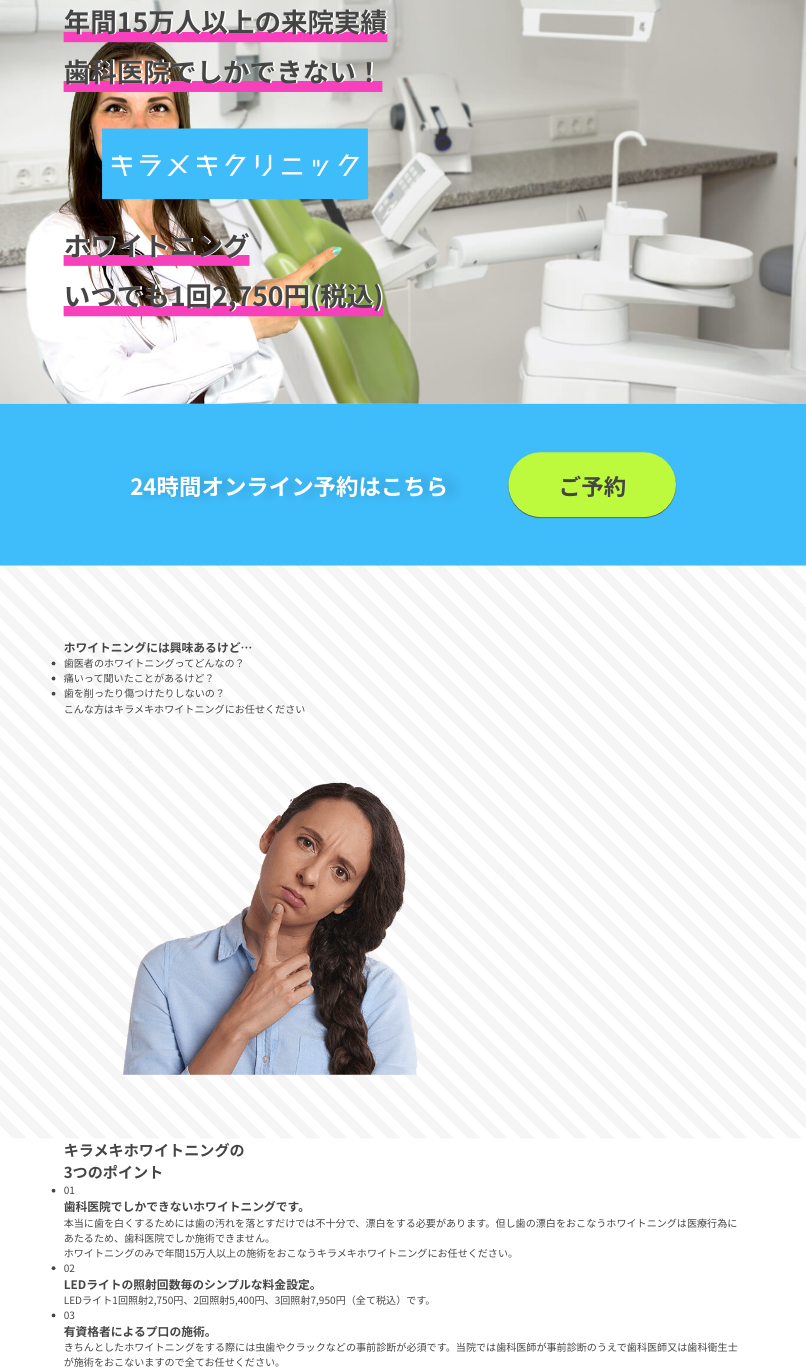
Repository: ryu-nuno/tech_academy_subwork
Page: first/index.html
The author's editor kept a record of every edit. The page is drawn from the files as they stood at one moment, then again after the next edit.
The browser window is 1280 px wide. The pictures show the whole page, at 63% of full size.
Some web libraries are served in a nearby version.

Above is the page before.

### first/index.html
<!DOCTYPE html>
<html lang="ja">

  <head>
    <title>first</title>
  <meta charset="utf-8">
  <meta name="description" content="kirameki clinic">
  <meta name="viewport" content="width=device-width, initial-scale=1">
  <meta property="og:site_name" content="キラメキクリニック｜歯科医院でホワイトニング" />
  <meta property="og:title" content="キラメキクリニック｜歯科医院でホワイトニング">
  <meta property="og:description" content="キラメキクリニックは、年間15万人以上の来院実績がある歯科医院です。有資格者によるプロの施術を1回2,750円〜で手軽にホワイトニングができます。ホワイトニングをしてみたい方はお問い合わせの上ぜひご来院ください！">
  <meta property="og:type" content="article">
  <meta property="og:url" content="https://demo.techacademy.jp/sidejob-selfstudy1/">
  <meta property="og:image" content="https://demo.techacademy.jp/sidejob-selfstudy1/images/main_pc.jpg">
  <meta property="og:locale" content="ja_JP">
  <link rel="stylesheet" href="assets/ress/ress.min.css">
  <link rel="stylesheet" href="css/style.css">
  <script src="https://kit.fontawesome.com/ab2670e4fc.js" crossorigin="anonymous"></script>
  </head>

  <body>
    <header class="container">
    <div class="contents_width">
      <div class="wrapper">
        <h1>
          <span>年間15万人以上の来院実績</span>
          <span>歯科医院でしかできない！</span>
          <img src="img/logo_top.png" alt="キラメキクリニック">
        </h1>
        <p>
          <span>ホワイトニング</span>
          <span>いつでも1回2,750円(税込)</span>
        </p>
      </div>
    </div>
  </header>

  <section class="contact container">
    <div class="contents_width">
      <h3>24時間オンライン予約はこちら</h3>
      <a href="#" class="hoverflash">ご予約</a>
    </div>
  </section>

  <section class="interest bg_stripe container">
    <div class="contents_width">
      <h3>ホワイトニングには興味あるけど…</h3>
      <ul>
        <li>歯医者のホワイトニングってどんなの？</li>
        <li>痛いって聞いたことがあるけど？</li>
        <li>歯を削ったり傷つけたりしないの？</li>
      </ul>
      <p>こんな方はキラメキホワイトニングにお任せください</p>
      <img src="img/thinking_w.png" alt="ホワイトニングの疑問イメージ">
    </div>
  </section>

  <section class="point container">
    <div class="contents_width">
      <h2>キラメキホワイトニング<span class="no-sp">の</span><br class="no-pc">3つのポイント</h2>
      <ul>
        <li class="flex">
          <span>01</span>
          <div>
            <h3>歯科医院でしかできないホワイトニングです。</h3>
            <p>
              本当に歯を白くするためには歯の汚れを落とすだけでは不十分で、漂白をする必要があります。但し歯の漂白をおこなうホワイトニングは医療行為にあたるため、歯科医院でしか施術できません。<br>
              ホワイトニングのみで年間15万人以上の施術をおこなうキラメキホワイトニングにお任せください。
            </p>
          </div>
        </li>
        <li class="flex">
          <span>02</span>
          <div>
            <h3>LEDライトの照射回数毎のシンプルな料金設定。</h3>
            <p>
              LEDライト1回照射2,750円、2回照射5,400円、3回照射7,950円（全て税込）です。
            </p>
          </div>
        </li>
        <li class="flex">
          <span>03</span>
          <div>
            <h3>有資格者によるプ口の施術。</h3>
            <p>
              きちんとしたホワイトニングをする際には虫歯やクラックなどの事前診断が必須です。当院では歯科医師が事前診断のうえで歯科医師又は歯科衛生士が施術をおこないますので全てお任せください。
            </p>
          </div>
        </li>
      </ul>
    </div>
  </section>
  </body>

### first/assets/ress/ress.min.css
/*!
 * ress.css • v4.0.0
 * MIT License
 * github.com/filipelinhares/ress
 */html{box-sizing:border-box;-webkit-text-size-adjust:100%;word-break:normal;-moz-tab-size:4;tab-size:4}*,:after,:before{background-repeat:no-repeat;box-sizing:inherit}:after,:before{text-decoration:inherit;vertical-align:inherit}*{padding:0;margin:0}hr{overflow:visible;height:0;color:inherit}details,main{display:block}summary{display:list-item}small{font-size:80%}[hidden]{display:none}abbr[title]{border-bottom:none;text-decoration:underline;text-decoration:underline dotted}a{background-color:transparent}a:active,a:hover{outline-width:0}code,kbd,pre,samp{font-family:monospace,monospace}pre{font-size:1em}b,strong{font-weight:bolder}sub,sup{font-size:75%;line-height:0;position:relative;vertical-align:baseline}sub{bottom:-.25em}sup{top:-.5em}table{border-color:inherit;text-indent:0}input{border-radius:0}[disabled]{cursor:default}[type=number]::-webkit-inner-spin-button,[type=number]::-webkit-outer-spin-button{height:auto}[type=search]{-webkit-appearance:textfield;outline-offset:-2px}[type=search]::-webkit-search-decoration{-webkit-appearance:none}textarea{overflow:auto;resize:vertical}button,input,optgroup,select,textarea{font:inherit}optgroup{font-weight:700}button{overflow:visible}button,select{text-transform:none}[role=button],[type=button],[type=reset],[type=submit],button{cursor:pointer;color:inherit}[type=button]::-moz-focus-inner,[type=reset]::-moz-focus-inner,[type=submit]::-moz-focus-inner,button::-moz-focus-inner{border-style:none;padding:0}[type=button]::-moz-focus-inner,[type=reset]::-moz-focus-inner,[type=submit]::-moz-focus-inner,button:-moz-focusring{outline:1px dotted ButtonText}[type=reset],[type=submit],button,html [type=button]{-webkit-appearance:button}button,input,select,textarea{background-color:transparent;border-style:none}a:focus,button:focus,input:focus,select:focus,textarea:focus{outline-width:0}select{-moz-appearance:none;-webkit-appearance:none}select::-ms-expand{display:none}select::-ms-value{color:currentColor}legend{border:0;color:inherit;display:table;white-space:normal;max-width:100%}::-webkit-file-upload-button{-webkit-appearance:button;color:inherit;font:inherit}img{border-style:none}progress{vertical-align:baseline}[aria-busy=true]{cursor:progress}[aria-controls]{cursor:pointer}[aria-disabled=true]{cursor:default}

### first/css/style.css
@charset "UTF-8"; /* 文字コードの指定 */
@import url('https://fonts.googleapis.com/css2?family=Noto+Sans+JP:wght@400;700;900&display=swap');
@import url('https://fonts.googleapis.com/css2?family=Noto+Serif+JP:wght@400;700&display=swap');


body{

    color: #454545;
    font-family: "Noto Sans JP", "Helvetica Neue", Arial, "Hiragino Kaku Gothic ProN", "Hiragino Sans", Meiryo, sans-serif;
}

a {
    color: #454545;
    text-decoration: none;
}

.contents_width {
    width: 100%;
    max-width: 116rem;
    margin: 0 auto;
}

header{
    background-image: url(../img/main_pc.jpg);
    background-size: cover;
    height: 50.073vw;
    background-position: top left;
}

.container{
    padding: 0 7.9vw;
}

.contact .contents_width{
    display: flex;
    height:100%;
    justify-content:flex-end;
    align-items:center;
}

.wrapper{
    width:42.4567vw;
}

.wrapper h1{
    font-size: 0;
}

.wrapper span{
    font-weight: 900;
    display: inline-block;
    font-size: 3.294vw;
    line-height: 5.2vw;
    background: linear-gradient(transparent 75%, #f940bc 0%);
    text-shadow: 0.2vw 0 #fff;
}

.wrapper span+span {
    margin: 0.8rem 0 0;
}

header .wrapper img {
    display: block;
    margin: 4.53vw auto 3.074vw;
    max-width: 32.942vw;
    width: 100%;
}

.contact {
    background-color: #3fbcfa;
    padding-top: 6.002vw;
    padding-bottom: 6.002vw;
}

.contact .contents_width {
    display: flex;
    justify-content: center;
    align-items: center;
    gap: 6rem;
}

.contact .contents_width h3{
 font-size: 2.7818vw;
 color: #FFFFFF;
 line-height: calc(59 / 38);
 text-align: center;
 text-shadow: 1rem 0 1rem rgb(0 0 0 / 16%);
}

.contents_width a{
    display: flex;
    justify-content: center;
    align-items: center;
    background-color: #bdfa3e;
    width: 20.79vw;
    height: 8.05vw;
    border-radius: 6vw;
    font-size: 2.78vw;
    font-weight: 900;
    box-shadow: 0 0.1vw 0.1vw #454545;
    overflow: hidden;
    position: relative;
}

.bg_stripe {
    background: repeating-linear-gradient(45deg, #fff, #fff 15px, #f5f5f5 0, #f5f5f5 30px);
}

.interest .contents_width {
    padding: 7.2rem 0 6rem;
    position: relative;
}

After the next edit:
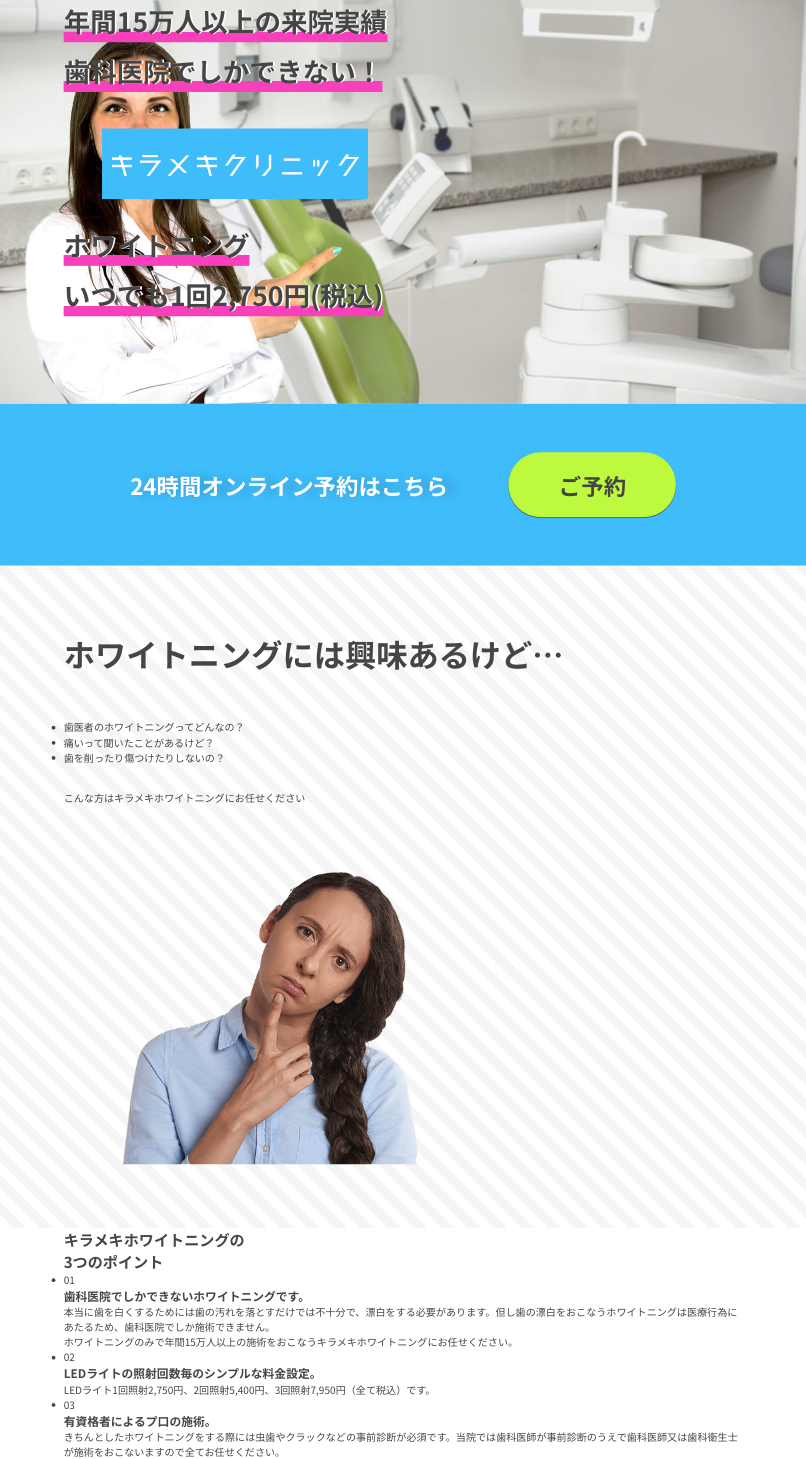
The edit:
--- a/first/css/style.css
+++ b/first/css/style.css
@@ -110,3 +110,15 @@
     padding: 7.2rem 0 6rem;
     position: relative;
 }
+
+.interest h3 {
+    font-size: 3.1rem;
+    line-height: 3.1rem;
+}
+
+.interest ul {
+    margin: 5rem 0 2.5rem;
+    width: 66%;
+    position: relative;
+    z-index: 10;
+}
